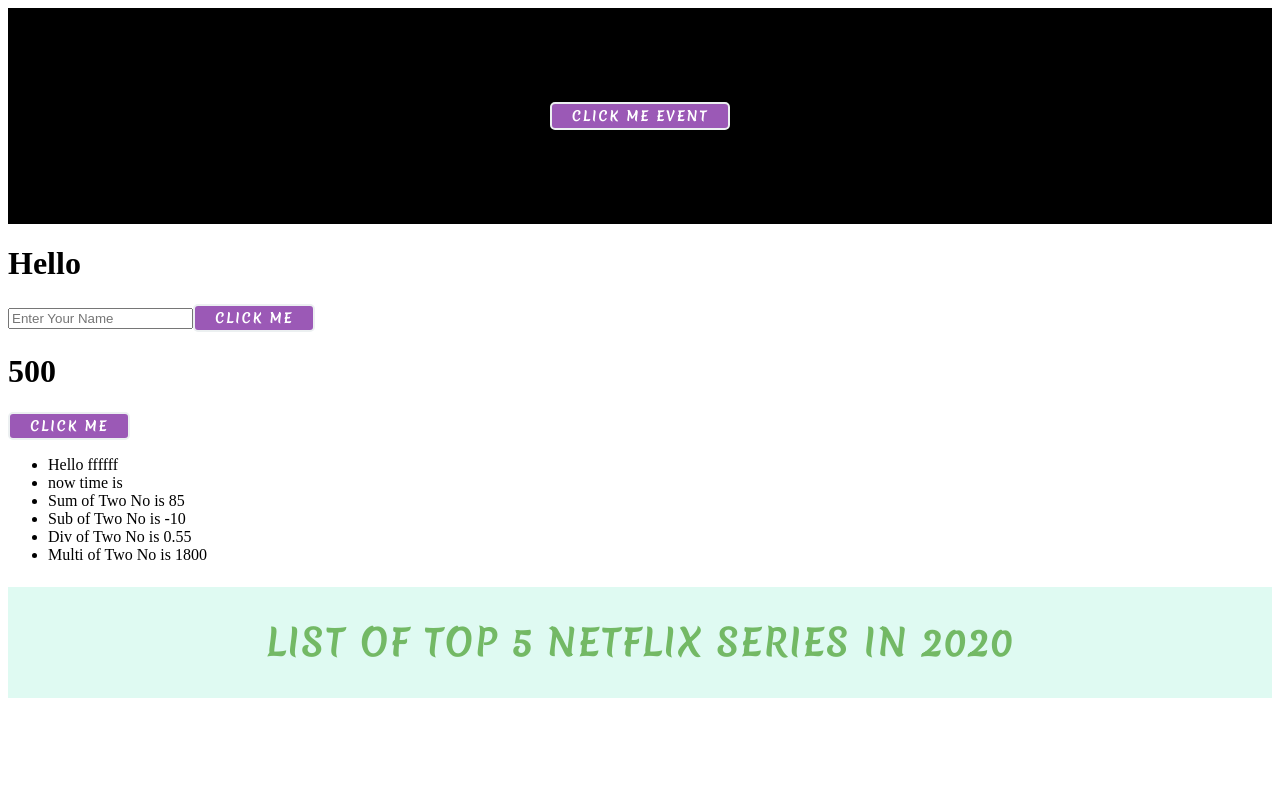
Repository: hardik2626/reactlearn2020
Page: /
An editor plug-in stored every save of this project. The page is shown before and after the next save, followed by the edit.
The browser window is 1280 px wide. The pictures show the part of the page from y = 0 to 804 px (the page is 1828 px tall).
Pictures or frames that could not be fetched are drawn as grey boxes. The project was rebuilt for these pictures with package versions that can differ from the ones it lists, and the page was loaded fresh each time.

Above is the page before, as saved 2020-10-10 10:57:36.

### public/index.html
<!DOCTYPE html>
<html lang="en">

<head>
    <meta charset="utf-8" />
    <link rel="icon" href="%PUBLIC_URL%/favicon.ico" />
    <meta name="viewport" content="width=device-width, initial-scale=1" />
    <meta name="theme-color" content="#000000" />
    <meta name="description" content="Web site created using create-react-app" />
    <link rel="apple-touch-icon" href="%PUBLIC_URL%/logo192.png" />
    <!--
      manifest.json provides metadata used when your web app is installed on a
      user's mobile device or desktop. See https://developers.google.com/web/fundamentals/web-app-manifest/
    -->
    <link rel="manifest" href="%PUBLIC_URL%/manifest.json" />
    <!--
      Notice the use of %PUBLIC_URL% in the tags above.
      It will be replaced with the URL of the `public` folder during the build.
      Only files inside the `public` folder can be referenced from the HTML.

      Unlike "/favicon.ico" or "favicon.ico", "%PUBLIC_URL%/favicon.ico" will
      work correctly both with client-side routing and a non-root public URL.
      Learn how to configure a non-root public URL by running `npm run build`.
    -->
    <link href="https://fonts.googleapis.com/css2?family=Merienda&display=swap" rel="stylesheet">
    <title>React App</title>
</head>

<body>
    <noscript>You need to enable JavaScript to run this app.</noscript>
    <div id="root"></div>
    <!--
      This HTML file is a template.
      If you open it directly in the browser, you will see an empty page.

      You can add webfonts, meta tags, or analytics to this file.
      The build step will place the bundled scripts into the <body> tag.

      To begin the development, run `npm start` or `yarn start`.
      To create a production bundle, use `npm run build` or `yarn build`.
    -->
</body>

</html>

### src/index.js
import React from 'react';
import ReactDOM from 'react-dom';
import App from './App';
import Cards from './Cards'
import './index.css';
import Sdata from './Sdata'

//console.log(Sdata[1].sname);

/*function nCard(val){
  //console.log(val);
  return(
    <Cards
     imgsrc={val.imgsrc}
     sname={val.sname}
     title={val.title}
     link={val.link}
     />
  )
}*/



ReactDOM.render(
  <>

  <App myname="ffffff" />


    <h1 className="heading_style">List of TOP 5 Netflix Series in 2020</h1>
    {/* {Sdata.map(nCard)}; */}

    {Sdata.map((val, index) => {
      console.log(index);
      return(
        <React.Fragment key={val.imgsrc}>
        <Cards  imgsrc={val.imgsrc} sname={val.sname} title={val.title} link={val.link} />
        </React.Fragment>
      )
      }
    )};


     { /* <Cards imgsrc={Sdata[1].imgsrc} sname={Sdata[1].sname} title={Sdata[1].title} link={Sdata[1].link} />
     <Cards imgsrc={Sdata[2].imgsrc} sname={Sdata[2].sname} title={Sdata[2].title} link={Sdata[2].link} /> */ }

  </>, document.getElementById('root')
);

### src/App.js
import React from 'react';
import add, { sub, mult, div } from './Calc';
import Eventhand from './Eventhand';
import Myform from './Myform';
import Myhooks from './Myhooks';

function App(props){

  return(
    <>
    <Eventhand />
   <Myform />
   <Myhooks />
  <ul>
  <li>Hello {props.myname}</li>
  <li>now time is {new Date().toLocaleDateString}</li>
    <li>Sum of Two No is {add(45,40)}</li>
    <li>Sub of Two No is {sub(30,40)}</li>
    <li>Div of Two No is {div(22,40)}</li>
    <li>Multi of Two No is {mult(45,40)}</li>
  </ul>
  </>
  )
}

export default App

### src/Cards.jsx
import React from 'react';

function Cards(props){
  //console.log(props)
  return(
    <>
    <div className="cards">
      <div className="card">
        <img src={props.imgsrc} alt="ALPIC" className="card__img" />
        <div className="card__info">
          <span className="card__category">{props.title}</span>
          <h3 className="card__title"> {props.sname} </h3>
          <a href={props.link } target="_blank">
            <button>Watch Now</button>
          </a>
        </div>
      </div>
    </div>
  </>
  )
}
export default Cards

### src/index.css
/* * {
    margin: 0;
    padding: 0;
    box-sizing: border-box;
}

.heading {
    color: blue;
    text-align: center;
    text-transform: capitalize;
    font-weight: bold;
    text-shadow: 0px 2ps 4px #ffe9c5;
    font-family: 'Merienda', cursive;
}

.heading2 {
    color: #c75757;
    text-align: center;
    text-transform: capitalize;
    font-weight: bold;
    font-family: 'Merienda', cursive;
}

.imgDIV {
    width: 200px;
    height: auto;
    margin-top: 20px;
    display: inline;
}

body {
    background-color: #b4f2e1;
    box-sizing: border-box;
    margin: 0;
    padding: 0;
    font-family: 'Gill Sans', 'Gill Sans MT', Calibri, 'Trebuchet MS', sans-serif;
}

div {
    width: 100%;
    height: 100vh;
    display: flex;
    justify-content: center;
    align-items: center;
    margin-top: -30px;
}

h1 {
    padding: 20px;
    background-color: #ffe9c5;
    color: #fa9191;
    border-radius: 20px;
    font-size: 60px;
}

span {
    color: #eb6383;
} */

.heading_style {
    padding: 30px 0;
    text-align: center;
    font-family: 'Merienda', cursive;
    text-transform: uppercase;
    font-size: 35px;
    letter-spacing: 2px;
    font-weight: bold;
    color: #3d9820ab;
    background-color: #b4f2e16b;
    margin-bottom: 30px;
}

.cards {
    width: 100%;
    height: auto;
}

.card {
    margin: 6%;
    background-color: #fff;
    width: 21.25%;
    border-radius: 12%;
    box-shadow: 0px 13px 10px -7px rgba(0, 0, 0, 0.1);
    float: left;
    transition: all 0.4s cubic-bezier(0.175, 0.885, 0, 1);
    -webkit-border-radius: 12%;
    -moz-border-radius: 12%;
    -ms-border-radius: 12%;
    -o-border-radius: 12%;
    -webkit-transition: all 0.4s cubic-bezier(0.175, 0.885, 0, 1);
    -moz-transition: all 0.4s cubic-bezier(0.175, 0.885, 0, 1);
    -ms-transition: all 0.4s cubic-bezier(0.175, 0.885, 0, 1);
    -o-transition: all 0.4s cubic-bezier(0.175, 0.885, 0, 1);
}

.card:hover {
    box-shadow: 0px 30px 18px -8px rgba(0, 0, 0, 0.1);
    transform: scale(1.05, 1.05);
    -webkit-transform: scale(1.05, 1.05);
    -moz-transform: scale(1.05, 1.05);
    -ms-transform: scale(1.05, 1.05);
    -o-transform: scale(1.05, 1.05);
}

.card__img {
    width: 100%;
    height: 235px;
    border-top-left-radius: 12px;
    border-top-right-radius: 12px;
}

.card__info {
    background-color: #fff;
    border-bottom-left-radius: 12px;
    border-bottom-right-radius: 12px;
    padding: 16px 24px 24px 24px;
}

.card__category {
    font-family: 'Franklin Gothic Medium', 'Arial Narrow', Arial, sans-serif;
    text-transform: uppercase;
    font-size: 13px;
    letter-spacing: 2px;
    font-weight: bold;
    color: #868686;
    background-color: #fff;
}

.card__title {
    margin-top: 5px;
    margin-bottom: 10px;
    font-family: 'Merienda', cursive;
    background-color: #fff;
    text-transform: capitalize;
}

button {
    padding: 8px 5px;
    font-family: 'Merienda', cursive;
    text-transform: uppercase;
    font-size: 13px;
    letter-spacing: 2px;
    font-weight: bold;
    color: #868686;
    background-color: #fff;
    outline: none;
    border: 1px solid #000;
    cursor: pointer;
}

button {
    line-height: 24px;
    padding: 0 20px;
    background-color: #9b59b6;
    color: #fff;
    border: 2px solid #ecf0f1;
    outline: none;
    border-radius: 5px;
    text-transform: uppercase;
    cursor: pointer;
    -webkit-border-radius: 5px;
    -moz-border-radius: 5px;
    -ms-border-radius: 5px;
    -o-border-radius: 5px;
}

h1.evnthnd {
    color: White;
    background: transparent;
    text-shadow: 0 2px 2px #000;
}

div.evnt {
    width: 100%;
    height: 30vh;
    display: flex;
    justify-content: center;
    align-items: center;
    background-color: violet;
    flex-direction: column;
}

### src/Sdata.jsx
const Sdata = [{
        imgsrc : "https://picsum.photos/500/300",
        sname : "DARK",
        title : " A Netflix Original Series",
        link : "https://www.google.com/"
    },
    {
        imgsrc : "https://picsum.photos/500/330",
        sname : "Extra Carricular",
        title : " A Netflix Original Series",
        link : "https://www.google.com/"
    },
    {
        imgsrc : "https://picsum.photos/500/340",
        sname : "MasterCard",
        title : " A Netflix Original Series",
        link : "https://www.google.com/"
    },
    {
        imgsrc : "https://picsum.photos/500/335",
        sname : "TrueLove",
        title : " A ZEE  Series",
        link : "https://www.google.com/"
    },
    {
        imgsrc : "https://picsum.photos/500/345",
        sname : "Khul JA Sim Sim",
        title : " A ZEE5  Series",
        link : "https://www.google.com/"
    },
    {
        imgsrc : "https://picsum.photos/500/339",
        sname : "Extra Carricular",
        title : " A Netflix Original Series",
        link : "https://www.google.com/"
    }

];
export default Sdata

### src/Calc.jsx
import React from 'react';

function add(a, b) {
    let sum = a + b;
    return sum;
}
export default add;

function sub(a, b) {
    let sub = a - b;
    return sub;
}


function mult(a, b) {
    let mult = a * b;
    return mult;
}


function div(a, b) {
    let div = a / b;
    return div;
}
export { sub, mult, div };

### src/Eventhand.js
import React, { Component, useState } from 'react'

const Eventhand = () => {
        const purple = "#000";
        const [bg,setBg] = useState(purple)
        const [ename, setName] = useState('Click Me Event')
        //const [bgBack, setNewName] = useState(setName)
        const bgChange = () => {
                //console.log('clickkk');
                let newBg = "#789548"
                setBg(newBg)
                setName("Hardik Devani 🤬 ")
        }
        const bgBack = () => {
                setBg(purple)
                setName('Double Click')
        }
        return(
                <>
                        <div className="evnt" style={{backgroundColor:bg}}>
                                <button onDoubleClick={bgChange} onDoubleClick={bgBack}>
                                {ename}
                                </button>
                        </div>
                </>
        )
}
export default Eventhand;

### src/Myform.js
import React, { useState } from 'react'

const Myform = () => {

        const [name, setName] = useState()
        const [fullName, setFullName] = useState()

        const subForm = (event) =>{
                setName(event.target.value)
                //console.log(event.target.value);
        }
        const onSubmit = () => {
                setFullName(name)
        }
        return(
                <>
                <div>
                        <h1>Hello {fullName}</h1>
                        <input type="text" placeholder="Enter Your Name" onChange={subForm} value={name} />
                        <button onClick={onSubmit}>Click Me</button>
                </div>
        </>
        )
}

export default Myform;

### src/Myhooks.js
import React, { useState } from 'react';
let count = 1;

const Myhooks = () => {

        const state = useState();
const [count, setCount] = useState(500);

const IncNum = () => {
        setCount(count + 5)
        //console.log("clicked" + count++)
};

        return(
                <>
                <h1>{count}</h1>
                <button onClick={IncNum}>Click Me</button>
                </>
        )
}
export default Myhooks

After the next save:
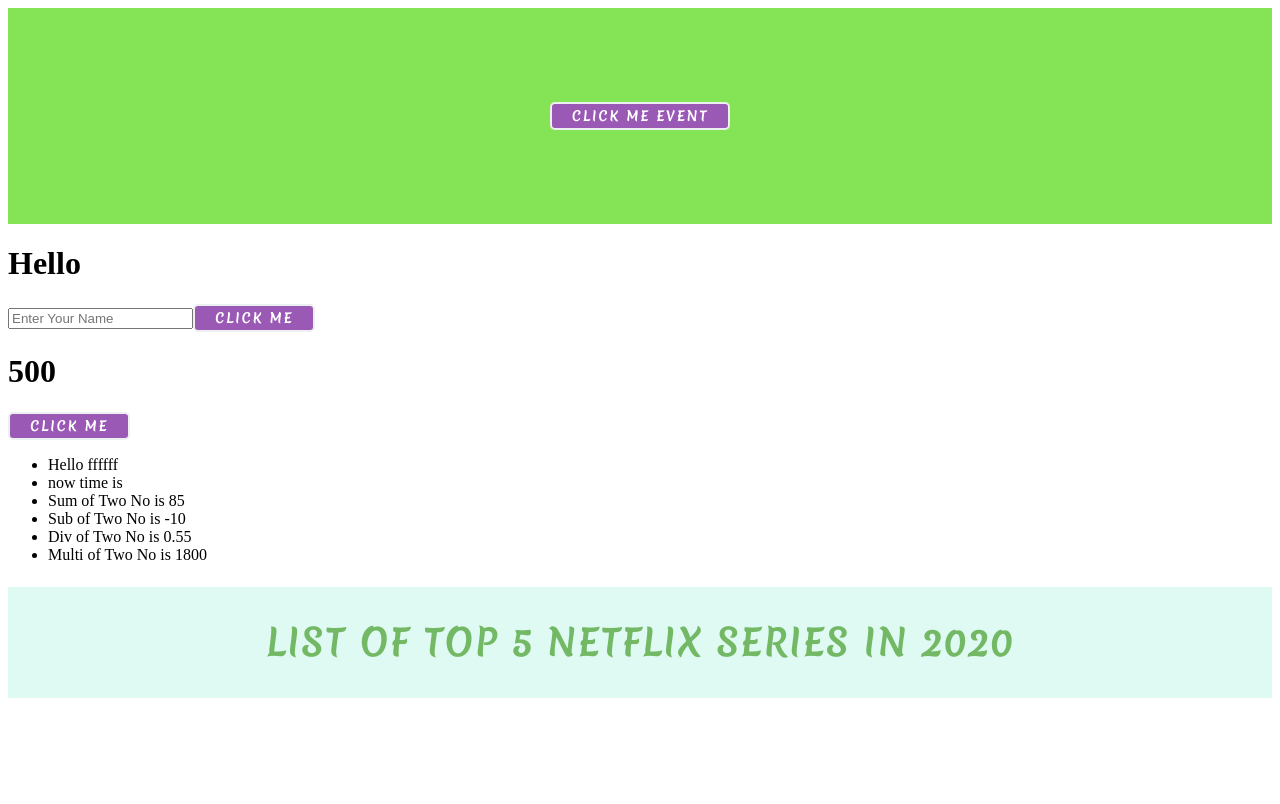
Saved 69 s later.
--- a/src/Eventhand.js
+++ b/src/Eventhand.js
@@ -1,7 +1,7 @@
 import React, { Component, useState } from 'react'
 
 const Eventhand = () => {
-        const purple = "#000";
+        const purple = "#84e456";
         const [bg,setBg] = useState(purple)
         const [ename, setName] = useState('Click Me Event')
         //const [bgBack, setNewName] = useState(setName)
